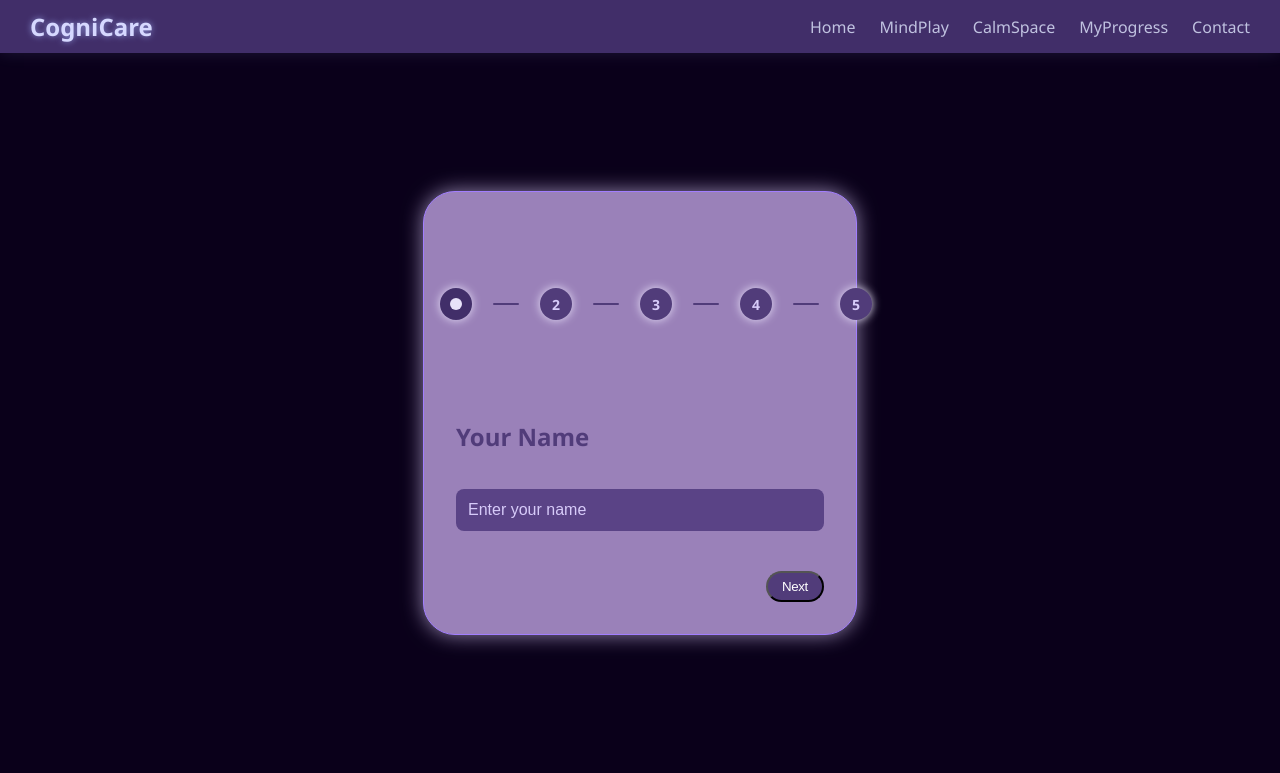
Repository: rujularaut/CogniCare
Page: /signup
An editor plug-in stored every save of this project. The page is shown before and after the next save, followed by the edit.
The browser window is 1280 px wide. The pictures show the whole page.
The project was rebuilt for these pictures with package versions that can differ from the ones it lists, and the page was loaded fresh each time. Also part of the build but not shown: src/components/Welcome.css, src/components/Welcome.js, src/components/Particles.css, src/components/Particles.js, src/components/Meditation.css, src/components/Meditation.js, src/components/Signup.css, src/components/Signup.js and 2 more.

Above is the page before, as saved 2025-06-24 15:36:54.

After the next save:
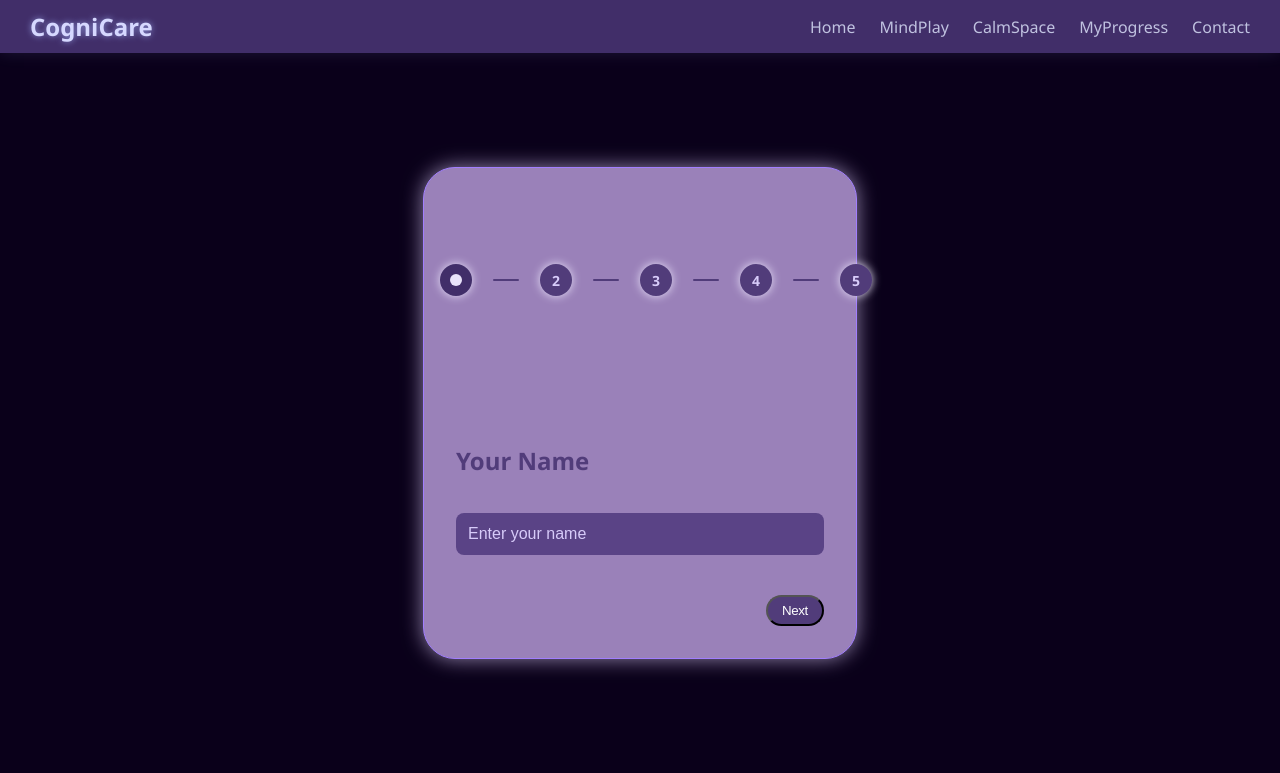
Saved 6 s later.
--- a/src/components/Stepper.css
+++ b/src/components/Stepper.css
@@ -38,7 +38,7 @@
   width: 100%;
   align-items: center;
   justify-content: flex-start; /* 🔁 this aligns them to the left */
-  padding: 6rem 3rem 5rem 1rem; /* 🔧 adjust as needed: top, right, bottom, left */
+  padding: 6rem 3rem 8rem 1rem; /* 🔧 adjust as needed: top, right, bottom, left */
   gap: 0.5rem; /* adds spacing between circles */
 }
 

After the save that followed:
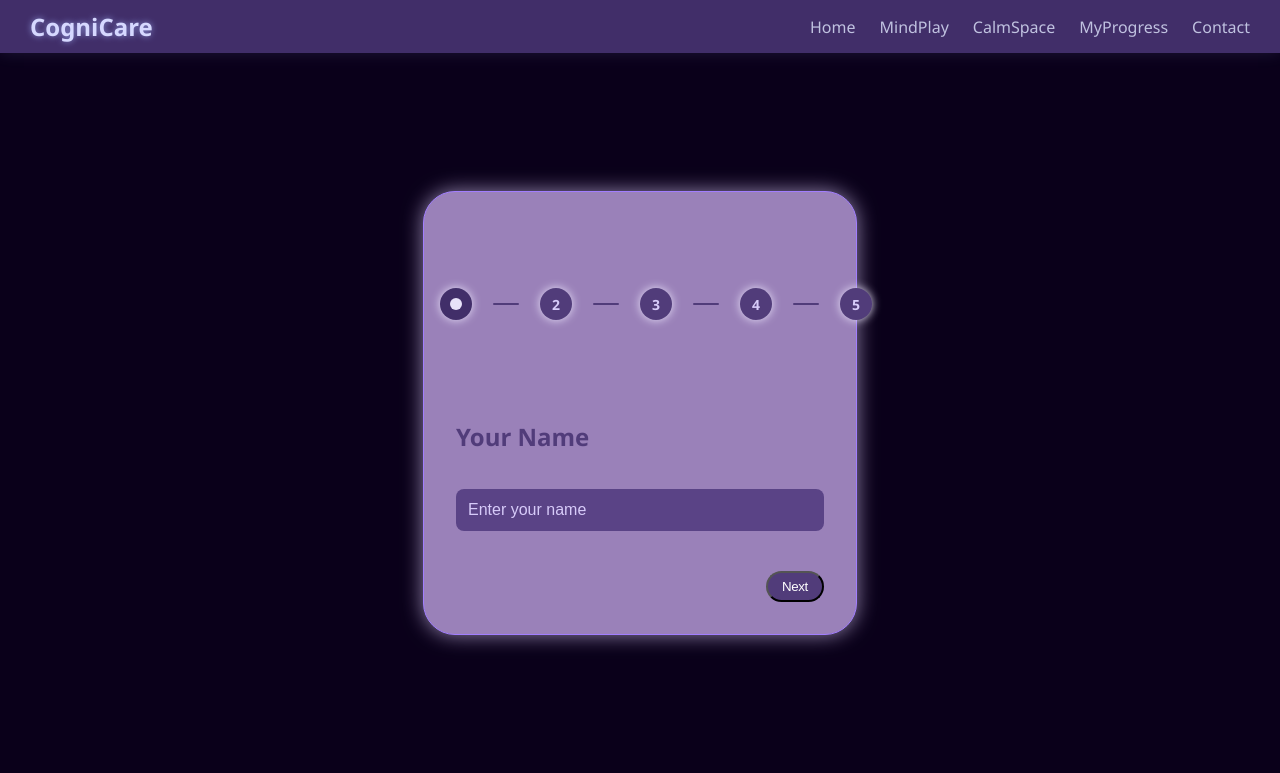
Saved 5 s later.
--- a/src/components/Stepper.css
+++ b/src/components/Stepper.css
@@ -38,7 +38,7 @@
   width: 100%;
   align-items: center;
   justify-content: flex-start; /* 🔁 this aligns them to the left */
-  padding: 6rem 3rem 8rem 1rem; /* 🔧 adjust as needed: top, right, bottom, left */
+  padding: 6rem 3rem 5rem 1rem; /* 🔧 adjust as needed: top, right, bottom, left */
   gap: 0.5rem; /* adds spacing between circles */
 }
 
